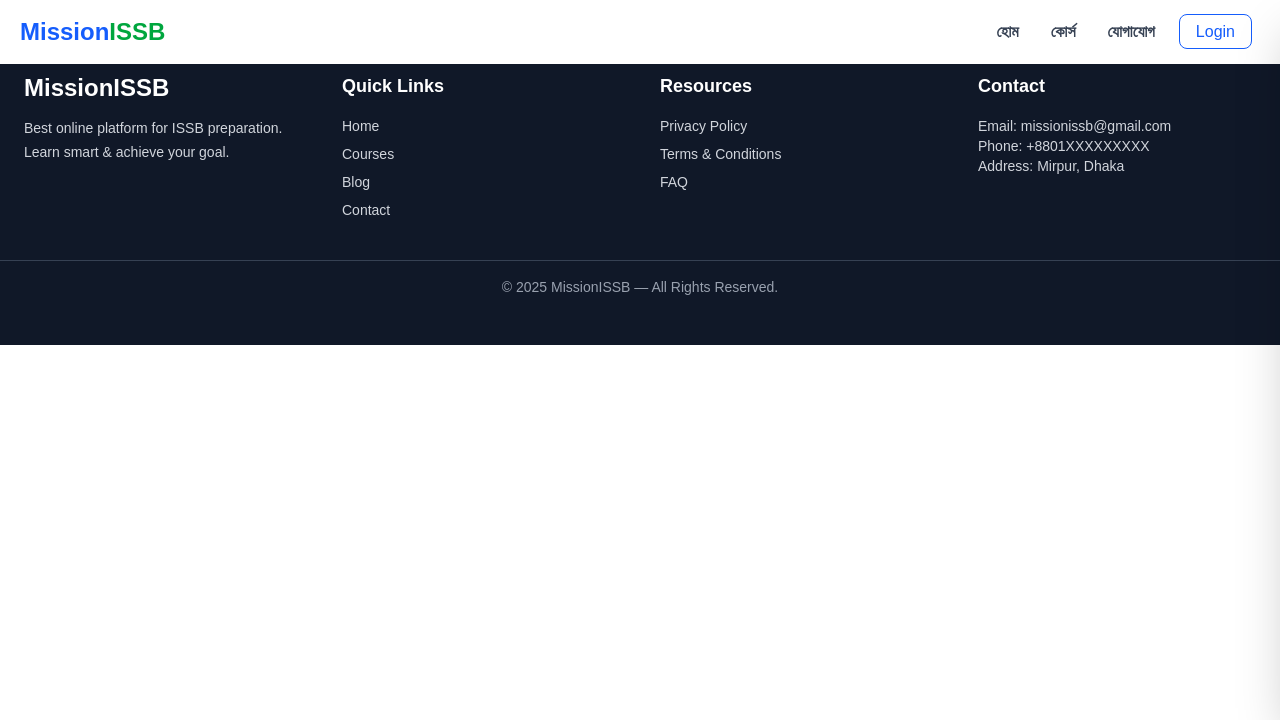
Repository: mdmuhibullahhabib/missionissb
Page: /issb/iq-practice
These files come from the project's save history. The page is drawn as it stood at one moment and after the next save; the edit follows.
The browser window is 1280 px wide. The pictures show the whole page.
The page's requests for data from a server got no answer. The project was rebuilt for these pictures with package versions that can differ from the ones it lists, and the page was loaded fresh each time. The framework's server and built-in components were replaced by stand-ins that run in the browser. No one was signed in, and anything a server would have sent is missing. Also part of the build but not shown: next.config.mjs.

Above is the page before, as saved 2025-12-11 23:03:21.

### app/layout.js
import { Geist, Geist_Mono } from 'next/font/google'
import './globals.css'
import Footer from '@/components/shared/Footer'
import Navbar from '@/components/shared/Navbar'
import NextAuthProvider from './providers/NextAuthProvider'
import LayoutWrapper from '@/components/LayoutWrapper'

const geistSans = Geist({
  variable: '--font-geist-sans',
  subsets: ['latin']
})

const geistMono = Geist_Mono({
  variable: '--font-geist-mono',
  subsets: ['latin']
})

export const metadata = {
  title: 'Mission ISSB',
  description: 'Generated by create next app'
}

export default function RootLayout({ children }) {
  return (
    <html lang='en' suppressHydrationWarning={true}>
      <body
        className={`${geistSans.variable} ${geistMono.variable} antialiased`}
      >
        <NextAuthProvider>

                    <LayoutWrapper>{children}</LayoutWrapper>


          {/* <Navbar />

          {children}

          <Footer /> */}
        </NextAuthProvider>
      </body>
    </html>
  )
}

### app/issb/iq-practice/page.jsx
"use client";

import React from 'react'

const IqPracticePage = () => {
  return (
    <div className='mt-'>IqPracticePage</div>
  )
}

export default IqPracticePage

### components/shared/Footer.jsx
"use client";
import Link from "next/link";

export default function Footer() {
  return (
    <footer className="bg-gray-900 text-gray-300 py-12">
      <div className="max-w-7xl mx-auto grid grid-cols-1 md:grid-cols-4 gap-10 px-6">

        {/* Column 1 */}
        <div>
          <h2 className="text-2xl font-bold text-white">MissionISSB</h2>
          <p className="mt-3 text-sm leading-6">
            Best online platform for ISSB preparation.
            Learn smart & achieve your goal.
          </p>
        </div>

        {/* Column 2 */}
        <div>
          <h3 className="text-lg font-semibold text-white mb-4">Quick Links</h3>
          <ul className="space-y-2 text-sm">
            <li><Link href="/" className="hover:text-white">Home</Link></li>
            <li><Link href="/courses" className="hover:text-white">Courses</Link></li>
            <li><Link href="/blog" className="hover:text-white">Blog</Link></li>
            <li><Link href="/contact" className="hover:text-white">Contact</Link></li>
          </ul>
        </div>

        {/* Column 3 */}
        <div>
          <h3 className="text-lg font-semibold text-white mb-4">Resources</h3>
          <ul className="space-y-2 text-sm">
            <li><Link href="/privacy" className="hover:text-white">Privacy Policy</Link></li>
            <li><Link href="/terms" className="hover:text-white">Terms & Conditions</Link></li>
            <li><Link href="/faq" className="hover:text-white">FAQ</Link></li>
          </ul>
        </div>

        {/* Column 4 */}
        <div>
          <h3 className="text-lg font-semibold text-white mb-4">Contact</h3>
          <p className="text-sm">Email: missionissb@gmail.com</p>
          <p className="text-sm">Phone: +8801XXXXXXXXX</p>
          <p className="text-sm">Address: Mirpur, Dhaka</p>
        </div>
      </div>

      <div className="mt-10 border-t border-gray-700 pt-4 text-center text-gray-400 text-sm">
        © {new Date().getFullYear()} MissionISSB — All Rights Reserved.
      </div>
    </footer>
  );
}

### components/shared/Navbar.jsx
"use client";
import { useState, useEffect } from "react";
import Link from "next/link";
import { FiMenu, FiX } from "react-icons/fi";
import { useSession } from "next-auth/react";
import { useRouter } from "next/navigation";
import DrawerMenu from "../user/UserDrawerMenu";


// Fake user data
const fakeUser = {
    name: "Muhibullah Habib",
    email: "muhib@example.com",
    avatar: "https://i.pravatar.cc/100?img=11",
    role: "admin",
};

export default function Navbar() {
    const [open, setOpen] = useState(false);
    const [scroll, setScroll] = useState(false);
    const router = useRouter();
        const [drawerOpen, setDrawerOpen] = useState(false);
    const [userDrawerOpen, setUserDrawerOpen] = useState(false);
    const { data: session, status } = useSession();
    console.log(session)
    console.log(status)

    // Scroll detection for shadow effect
    useEffect(() => {
        const handleScroll = () => {
            setScroll(window.scrollY > 10);
        };
        window.addEventListener("scroll", handleScroll);
        return () => window.removeEventListener("scroll", handleScroll);
    }, []);

    const navLinks = [
        { name: "হোম", href: "/" },
        { name: "কোর্স", href: "/courses" },
        { name: "যোগাযোগ", href: "/contact" },
    ];

    // User icon click
    const handleUserClick = () => {
        if (status == "authenticated") {
            setUserDrawerOpen(true);
        } else {
            router.push("/auth");
        }
    };

    return (
        <>
            <nav
                className={`w-full fixed top-0 z-50 transition-all ${scroll ? "bg-white shadow-md" : "bg-white"
                    }`}
            >
                <div className="max-w-7xl mx-auto px-5 py-3 flex justify-between items-center">

                    {/* Logo */}
                    <Link href="/" className="text-2xl font-bold text-blue-600">
                        Mission<span className="text-green-600">ISSB</span>
                    </Link>


                    {/* Auth Buttons */}
                    <div className="hidden items-center md:flex gap-4">
                        {/* Desktop Menu */}
                        <div className="hidden md:flex gap-8">
                            {navLinks.map((link) => (
                                <Link
                                    key={link.name}
                                    href={link.href}
                                    className="text-gray-700 font-semibold hover:text-blue-600 transition font-medium"
                                >
                                    {link.name}
                                </Link>
                            ))}
                        </div>

                        {/* User Icon */}
                        <button
                            onClick={handleUserClick}
                            className="p-2 rounded-full hover:bg-gray-100 transition duration-150"
                        >
                            {status == "authenticated" ? (
                                <img
                                    src={fakeUser?.avatar}
                                    alt="user"
                                    className="h-8 w-8 rounded-full border"
                                />
                            ) : (
                                <Link
                                    href="/auth"
                                    className="px-4 py-2 border border-blue-600 text-blue-600 rounded-lg hover:bg-blue-600 hover:text-white transition"
                                >
                                    Login
                                </Link>
                            )}
                        </button>
                    </div>

                    {/* Mobile Toggle */}
                    <button onClick={() => setOpen(!open)} className="md:hidden text-3xl">
                        {open ? <FiX /> : <FiMenu />}
                    </button>
                </div>

                {/* Mobile Menu */}
                <div
                    className={`md:hidden bg-white fixed top-[64px] left-0 w-full h-screen transition-all duration-300 ${open ? "translate-y-0 opacity-100" : "-translate-y-5 opacity-0 pointer-events-none"
                        }`}
                >
                    <div className="flex flex-col gap-6 px-6 py-6 text-lg">
                        {navLinks.map((link) => (
                            <Link
                                key={link.name}
                                href={link.href}
                                onClick={() => setOpen(false)}
                                className="text-gray-700 hover:text-blue-600"
                            >
                                {link.name}
                            </Link>
                        ))}

                        <hr />

                        <Link
                            href="/auth/login"
                            onClick={() => setOpen(false)}
                            className="text-blue-600 font-semibold"
                        >
                            Login
                        </Link>
                    </div>
                </div>
            </nav>

            <DrawerMenu
                isOpen={userDrawerOpen}
                onClose={() => setUserDrawerOpen(false)}
                // user={user}
            />
        </>
    );
}

### app/providers/NextAuthProvider.jsx
"use client"
import { SessionProvider } from 'next-auth/react'
import React from 'react'

const NextAuthProvider = ({ children }) => {
    return <SessionProvider>{children}</SessionProvider>
}

export default NextAuthProvider;

### components/LayoutWrapper.jsx
"use client";

import { usePathname } from "next/navigation";
import Navbar from "./shared/Navbar";
import Footer from "./shared/Footer";

export default function LayoutWrapper({ children }) {
  const pathname = usePathname();
  const isAdmin = pathname.startsWith("/admin");
  const isAuth = pathname.startsWith("/auth");

  return (
    <>
      {!isAdmin && !isAuth && <Navbar />}

      <main>{children}</main>

      {!isAdmin && !isAuth && <Footer />}
    </>
  );
}

### components/user/UserDrawerMenu.jsx
"use client";

import { FiX, FiUser, FiShoppingBag, FiSettings, FiGrid, FiLogOut } from "react-icons/fi";
import { motion, AnimatePresence } from "framer-motion";
import Image from "next/image";
import { useRouter } from "next/navigation";
import { signOut, useSession } from "next-auth/react";
import Link from "next/link";

export default function DrawerMenu({ isOpen, onClose, user = {} }) {
  const router = useRouter();
  const { data: session, status } = useSession();
  console.log(session)

  const handleNavigate = (path) => {
    onClose();
    router.push(path);
  };

  const handleLogout = async () => {
    // You can replace with your logout logic
    console.log("User logged out");
    onClose();
    await signOut();
  };

  const isAdmin = user?.role === "admin";

  return (
    <>
      {/* Overlay */}
      <AnimatePresence>
        {isOpen && (
          <motion.div
            initial={{ opacity: 0 }}
            animate={{ opacity: 1 }}
            exit={{ opacity: 0 }}
            onClick={onClose}
            className="fixed inset-0 bg-black/30 backdrop-blur-sm z-40 cursor-pointer"
          />
        )}
      </AnimatePresence>

      {/* Drawer */}
      <motion.div
        initial={{ x: "100%" }}
        animate={{ x: isOpen ? 0 : "100%" }}
        exit={{ x: "100%" }}
        transition={{ type: "spring", stiffness: 100, damping: 20 }}
        className="fixed top-0 right-0 h-full w-80 sm:w-96 bg-white shadow-2xl z-50 flex flex-col"
      >
        {/* Header */}
        <div className="flex justify-between items-center p-4 border-b">
          <div className="flex items-center gap-3">
            <Image
              src={user?.photo || "https://i.ibb.co/5j9n3yH/default-avatar.png"}
              width={40}
              height={40}
              alt="User avatar"
              className="rounded-full object-cover"
            />
            <div>
              <p className="font-semibold text-gray-800">
                {user?.name || "Guest User"}
              </p>
              <p className="text-xs text-gray-500">
                {isAdmin ? "Administrator" : "Regular User"}
              </p>
            </div>
          </div>
          <button onClick={onClose} className="text-gray-600 hover:text-red-500">
            <FiX className="h-6 w-6" />
          </button>
        </div>

        {/* Menu Items */}
        <div className="flex-1 overflow-y-auto p-5 space-y-4 text-gray-700">
          <button
            onClick={() => handleNavigate("/profile")}
            className="flex items-center gap-3 w-full p-3 rounded-xl hover:bg-gray-100 transition"
          >
            <FiUser className="text-red-500" />
            <span>My Profile</span>
          </button>

          <Link
            href={"/mycourse"}
            // onClick={() => handleNavigate("/mycourse")}
            className="flex items-center gap-3 w-full p-3 rounded-xl hover:bg-gray-100 transition"
          >
            <FiShoppingBag className="text-red-500" />
            <span>My Courses</span>
          </Link>

          <Link
            href={"/admin/dashboard"}
            // onClick={() => handleNavigate("/mycourse")}
            className="flex items-center gap-3 w-full p-3 rounded-xl hover:bg-gray-100 transition"
          >
            <FiShoppingBag className="text-red-500" />
            <span>Admin Dashboard</span>
          </Link>

          {isAdmin && (
            <button
              onClick={() => handleNavigate("/admin/dashboard")}
              className="flex items-center gap-3 w-full p-3 rounded-xl hover:bg-gray-100 transition"
            >
              <FiGrid className="text-red-500" />
              <span>Admin Dashboard</span>
            </button>
          )}
        </div>

        {/* Footer */}
        <div className="border-t p-4">
          <button
            onClick={handleLogout}
            className="flex items-center justify-center gap-2 w-full py-2 bg-red-600 text-white font-medium rounded-xl hover:bg-red-700 transition"
          >
            <FiLogOut />
            Logout
          </button>
        </div>
      </motion.div>
    </>
  );
}

Loaded but not shown: app/globals.css (common file)

After the next save:
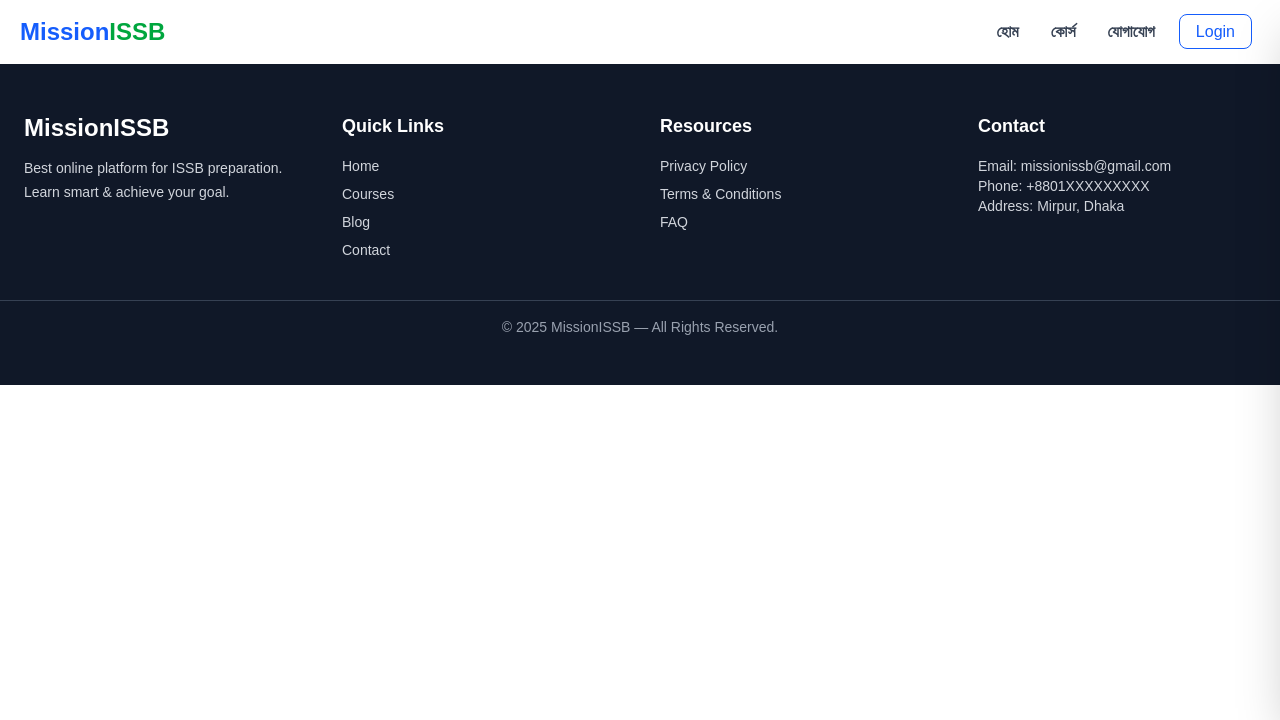
Saved 12 s later.
--- a/app/issb/iq-practice/page.jsx
+++ b/app/issb/iq-practice/page.jsx
@@ -4,7 +4,7 @@
 
 const IqPracticePage = () => {
   return (
-    <div className='mt-'>IqPracticePage</div>
+    <div className='mt-10'>IqPracticePage</div>
   )
 }
 

After the save that followed:
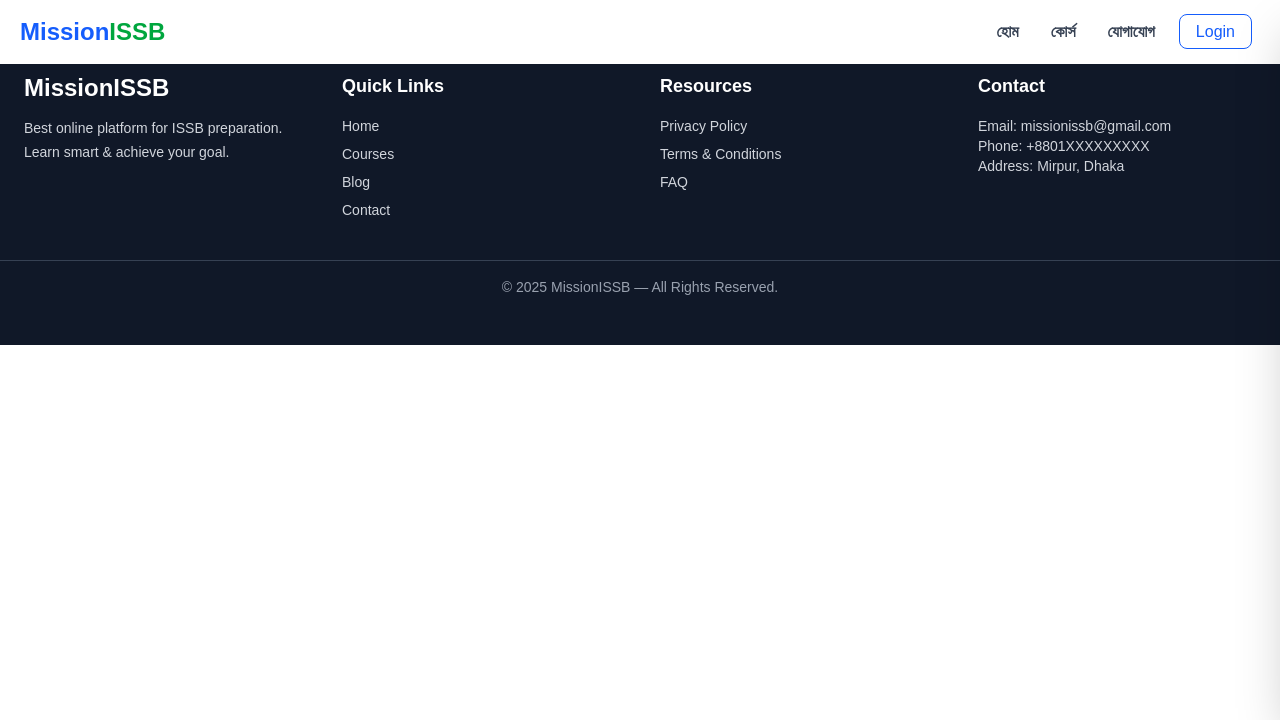
Saved 102 s later.
--- a/app/issb/iq-practice/page.jsx
+++ b/app/issb/iq-practice/page.jsx
@@ -4,7 +4,7 @@
 
 const IqPracticePage = () => {
   return (
-    <div className='mt-10'>IqPracticePage</div>
+    <div className='mt-'>IqPracticePage</div>
   )
 }
 
